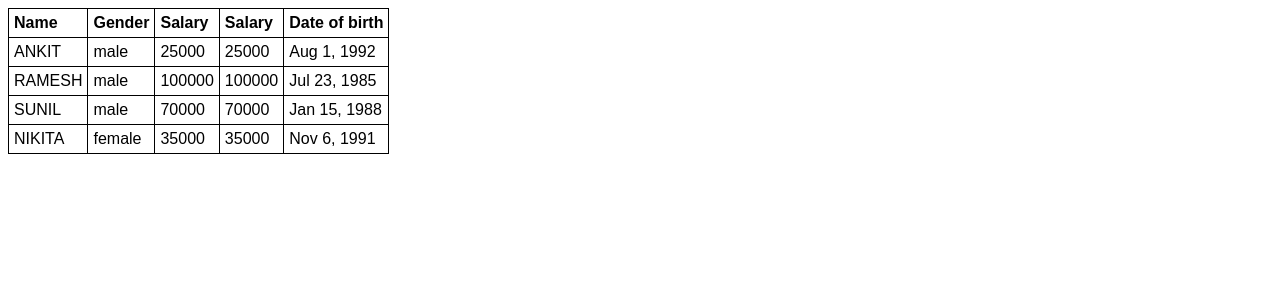
Repository: ammoreloaded/WebProjectFirst
Page: homework/WebProjectFirst/web/filterDemo.html
These files come from the project's save history. The page is drawn as it stood at one moment and after the next save; the edit follows.
The browser window is 1280 px wide. The pictures show the whole page.

Above is the page before, as saved 2016-05-19 15:07:28.

After the next save:
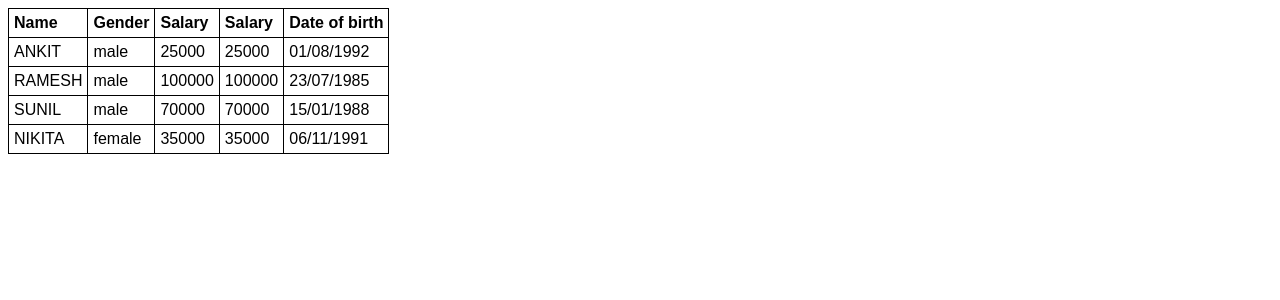
Saved 24 s later.
--- a/homework/WebProjectFirst/web/filterDemo.html
+++ b/homework/WebProjectFirst/web/filterDemo.html
@@ -23,7 +23,7 @@
 					<td>{{ employee.gender | lowercase }}</td>
 					<td>{{ employee.salary }}</td>
 					<td>{{ employee.salary }}</td>
-					<td>{{ employee.dateOfBirth | date : DDMMYYYY }}</td>
+					<td>{{ employee.dateOfBirth | date : "dd/MM/yyyy" }}</td>
 				</tr>
 			</tbody>
 		</table>
